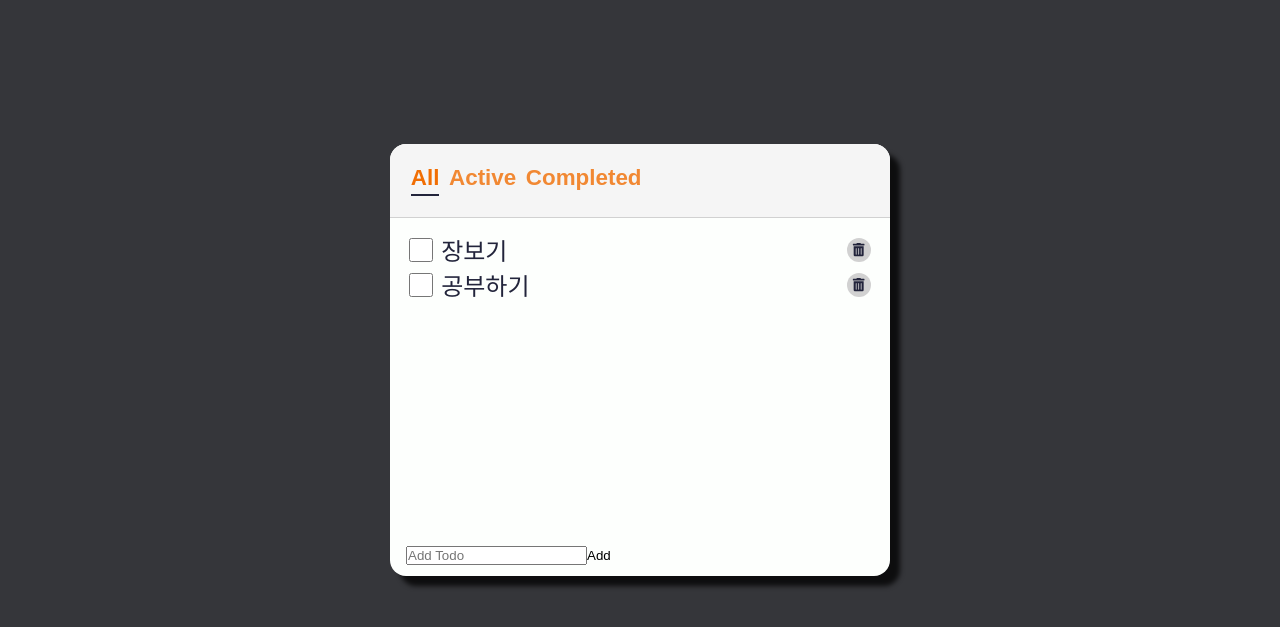
Repository: MrJinkyu/TodoList
Page: /
The author's editor kept a copy of each file at every save. The page is drawn from the files as they stood at one save, then again after the next save.
The browser window is 1280 px wide. The pictures show the whole page.
The project was rebuilt for these pictures with package versions that can differ from the ones it lists, and the page was loaded fresh each time.

Above is the page before, as saved 2023-05-01 14:51:43.

### src/index.css
:root{
  --color-body: #35363A;
  --color-bg-dark:#f5f5f5;
  --color-bg: #fdfffd;
  --color-grey: #d1d1d1;
  --color-text: #22243b;
  --color-accent: #f16e03;
  --color-white: white;
  --color-scrollbar: #aaa7a7;
}

*{
  box-sizing: border-box;
  padding: 0;
  margin: 0;
}

button{
  border: none;
  outline: none;
  cursor: pointer;
  background-color: transparent;
}

ul,li{
  list-style: none;
}

body {
  margin: 0;
  font-family: -apple-system, BlinkMacSystemFont, 'Segoe UI', 'Roboto', 'Oxygen',
    'Ubuntu', 'Cantarell', 'Fira Sans', 'Droid Sans', 'Helvetica Neue',
    sans-serif;
  -webkit-font-smoothing: antialiased;
  -moz-osx-font-smoothing: grayscale;
  width: 100vw;
  height: 100vh;
  display: flex;
  justify-content: center;
  align-items: center;
  background-color: var(--color-body);
  font-size: 1.2rem;
  accent-color: var(--color-accent);
}

#root{
  overflow: hidden;
  display: flex;
  flex-direction: column;
  width: 100%;
  height: 60%;
  max-width: 500px;
  background-color: var(--color-bg);
  border-radius: 1rem;
  box-shadow: 10px 10px 5px 0px rgba(0,0,0,0.75);
-webkit-box-shadow: 10px 10px 5px 0px rgba(0,0,0,0.75);
-moz-box-shadow: 10px 10px 5px 0px rgba(0,0,0,0.75);
}

code {
  font-family: source-code-pro, Menlo, Monaco, Consolas, 'Courier New',
    monospace;
}

### src/App.js
import { useState } from "react";
import TodoList from "./components/TodoList";
import Header from "./components/Header";

const filters = ['all', 'active', 'completed'];
function App() {
  const [filter, setFilter] = useState(filters[0]);
  return (
    <>
      <Header filters={filters} filter={filter} onFilterChange={setFilter}/>
      <TodoList filter={filter}/>
    </>
  );
}

export default App;

### src/components/TodoList.jsx
import React, { useState } from 'react';
import {v4 as uuidv4} from 'uuid';
import AddTodo from './AddTodo';
import Todo from './Todo';
import styles from './TodoList.module.css';

export default function TodoList({filter}) {
    const [todos, setTodos] = useState([
        { id: uuidv4(), text: '장보기', status: 'active' },
        { id: uuidv4(), text: '공부하기', status: 'active' }
    ]);
    const handleAdd = (todo) => {
        setTodos([...todos, todo]);
    }
    const handleUpdate = (updated) => {
        setTodos(todos.map((todo) => todo.id === updated.id ? updated : todo));
    }
    const handleDelete = (deleted) => {
        setTodos(todos.filter((todo) => todo.id !== deleted.id));
    }
    const filtered = getFilteredItems(todos, filter);
    return (
        <section className={styles.container}>
            <ul className={styles.list}>
                {filtered.map((item) => (
                    <Todo
                        key={item.id}
                        todo={item}
                        onUpdate={handleUpdate}
                        onDelete={handleDelete}
                    />
                ))}
            </ul>
            <AddTodo onAdd={handleAdd}/>
        </section>
    );
}

function getFilteredItems(todos, filter){
    if(filter === 'all'){
        return todos;
    }
    return todos.filter((todo) => todo.status === filter);
}

### src/components/Header.jsx
import React from 'react';
import styles from './Header.module.css';

export default function Header({filters, filter, onFilterChange}) {
    return (
        <header className={styles.header}>
            <ul className={styles.filters}>
                {filters.map((value,index) => (
                    <li key={index}>
                        <button
                            onClick={() => onFilterChange(value)}
                            className={`${styles.filter} ${filter === value && styles.selected}`}
                        >
                            {value}
                        </button>
                    </li>
                ))}
            </ul>
        </header>
    );
}

### src/components/AddTodo.jsx
import React, { useState } from 'react';
import {v4 as uuidv4} from 'uuid';

export default function AddTodo({onAdd}) {
    const [text, setText] = useState('');
    const handleChange = (e) => {
        setText(e.target.value);
    }
    const handleSubmit = (e) => {
        e.preventDefault();
        if(text.trim().length === 0){
            return ;
        }
        onAdd({ id: uuidv4(), text, status: 'active' });
        setText('');
    }
    return (
        <form onSubmit={handleSubmit}>
            <input
                type="text"
                value={text}
                onChange={handleChange}
                placeholder='Add Todo'
            />
            <button>Add</button>
        </form>
    );
}

### src/components/Todo.jsx
import React from 'react';
import { FaTrashAlt } from 'react-icons/fa';
import styles from './Todo.module.css';

export default function Todo({todo, onUpdate, onDelete}) {
    const { id, text, status } = todo;
    const handleChange = (e) => {
        const status = e.target.checked ? 'completed' : 'active';
        onUpdate({...todo, status});
    }
    return (
        <li className={styles.todo}>
            <input
                className={styles.checkbox}
                type="checkbox"
                name="checkbox"
                id={id}
                checked={status === 'completed'}
                onChange={handleChange}
            />
            <label className={styles.text} htmlFor={id}>{text}</label>
            <span className={styles.icon}>
                <button className={styles.button} onClick={() => onDelete(todo)}>
                    <FaTrashAlt/>
                </button>
            </span>
        </li>
    );
}

### src/components/TodoList.module.css
.container{
    height: 100%;
    display: flex;
    flex-direction: column;
    padding: 0.7rem 1rem;
    margin-top: 0.2rem;
}

.list{
    flex: 1 1 auto;
}

### src/components/Header.module.css
.header{
    background-color: var(--color-bg-dark);
    display: flex;
    justify-content: space-between;
    align-items: center;
    padding: 1rem;
    border-bottom: 1px solid var(--color-grey);
}

.filters{
    display: flex;
}

.filter{
    margin: 0.3rem;
    font-size: 1.4rem;
    color: var(--color-accent);
    font-weight: bold;
    opacity: 0.8;
    text-transform: capitalize;
}

.filter:hover,
.filter.selected{
    opacity: 1;
}

.filter.selected::after{
    content: '';
    display: block;
    margin-top: 0.2rem;
    border: 1px solid var(--color-text);
}

### src/components/Todo.module.css
.todo{
    display: flex;
    justify-content: space-between;
    align-items: center;
    margin: 0 0.2rem;
}

.checkbox{
    width: 1.5rem;
    height: 1.5rem;
}

.text{
    flex: 1 1 0%;
    margin-left: 0.5rem;
    font-size: 1.5rem;
    color: var(--color-text);
}

.icon{
    width: 1.5rem;
    height: 1.5rem;
    border-radius: 50%;
    background-color: var(--color-grey);
    text-align: center;
    transition: all 150ms ease-out;
}

.icon:hover{
    transform: rotate(15deg) scale(1.2);
    background-color: var(--color-accent);
}

.button{
    color: var(--color-text);
}

Loaded but not shown: public/index.html (common file); src/index.js (common file); src/reportWebVitals.js (common file)

After the next save:
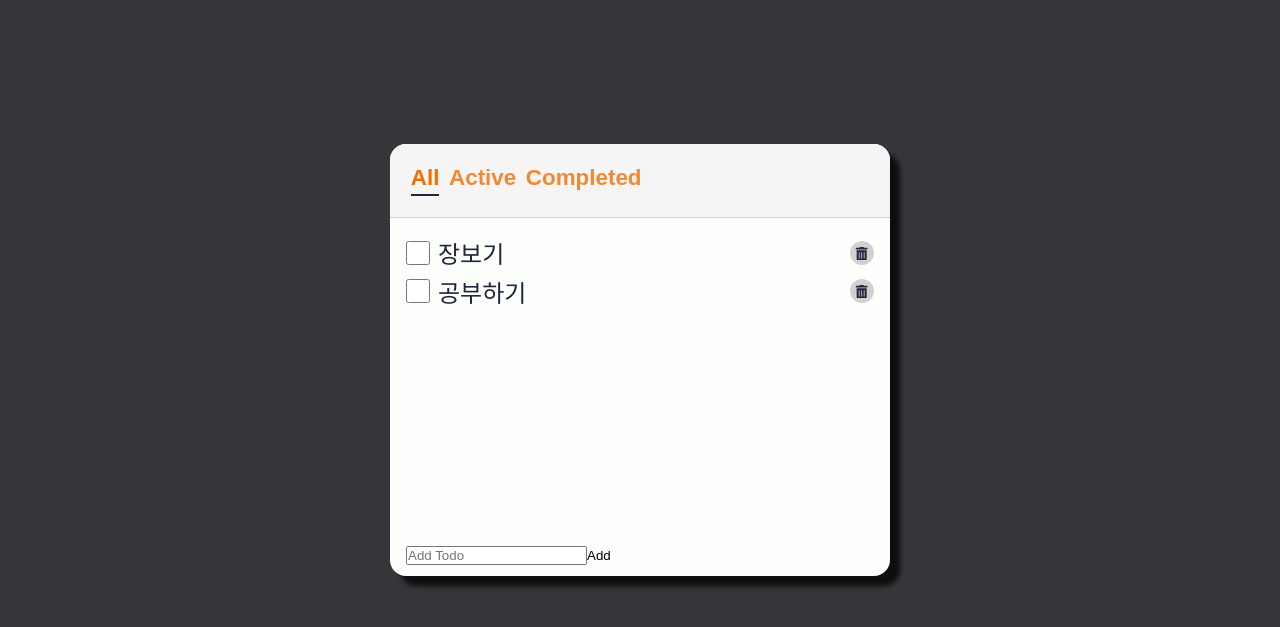
Saved 10 s later.
--- a/src/components/Todo.module.css
+++ b/src/components/Todo.module.css
@@ -2,7 +2,7 @@
     display: flex;
     justify-content: space-between;
     align-items: center;
-    margin: 0 0.2rem;
+    margin: 0.2rem 0;
 }
 
 .checkbox{
